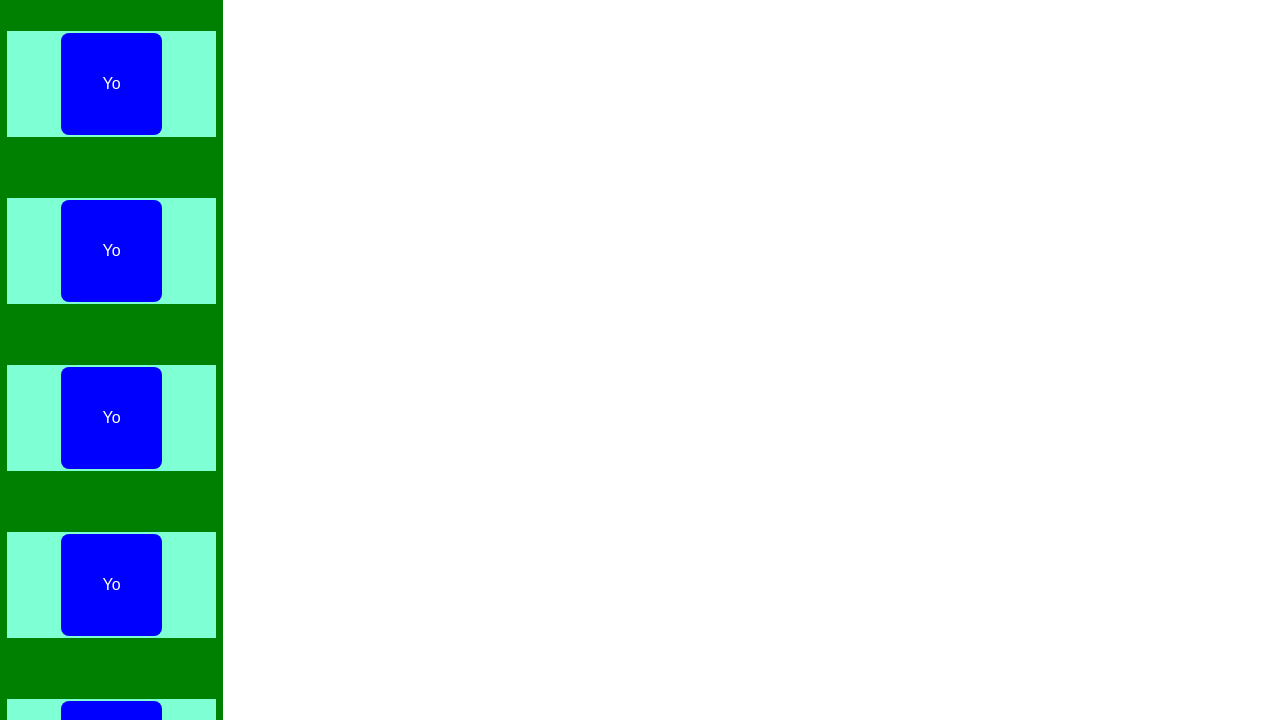
Repository: Tahaa2t/Researchers
Page: /
These files come from the project's save history. The page is drawn as it stood at one moment and after the next save; the edit follows.
The browser window is 1280 px wide. The pictures show the whole page.
The project was rebuilt for these pictures with package versions that can differ from the ones it lists, and the page was loaded fresh each time. Also part of the build but not shown: src/Components/loginform.js, src/Components/HomePage.js.

Above is the page before, as saved 2023-07-05 20:18:53.

After the next save:
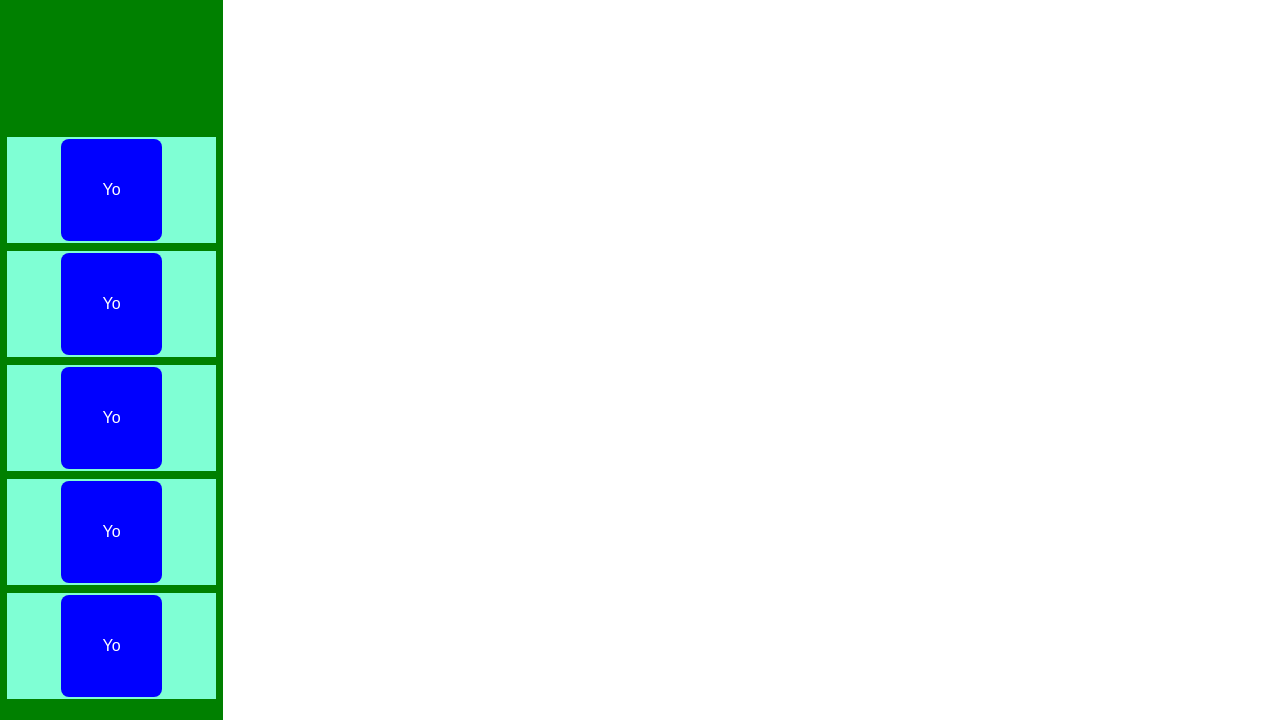
Saved 6 s later.
--- a/src/Components/css/navbarstyle.css
+++ b/src/Components/css/navbarstyle.css
@@ -8,7 +8,7 @@
   height: 836px;
   background-color: green;
   display: flex;
-  justify-content: space-around;
+  justify-content: center;
   align-items: center;
   flex-direction: column;
   position: fixed;
